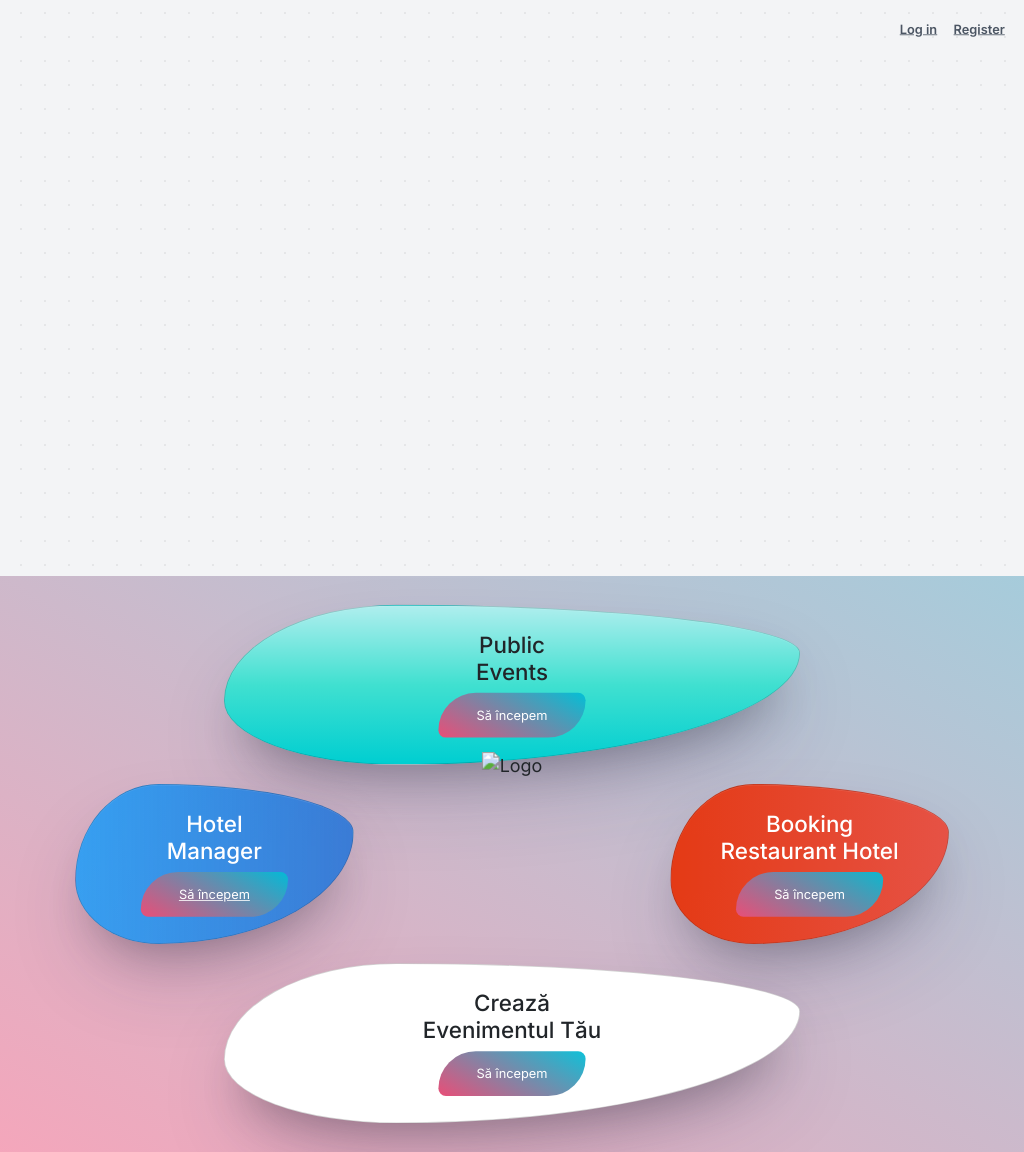
Repository: cosmin05072018/fantastic-events-manager
Page: http://localhost/
An editor plug-in stored every save of this project. The page is shown before and after the next save, followed by the edit.
The browser window is 1280 px wide. The pictures show the whole page, at 80% of full size.
The page is served by the project's Laravel application, run on PHP 8.4 with Laravel 10.

Above is the page before, as saved 2024-11-03 15:00:51.
Console error: ReferenceError: particlesJS is not defined

After the next save:
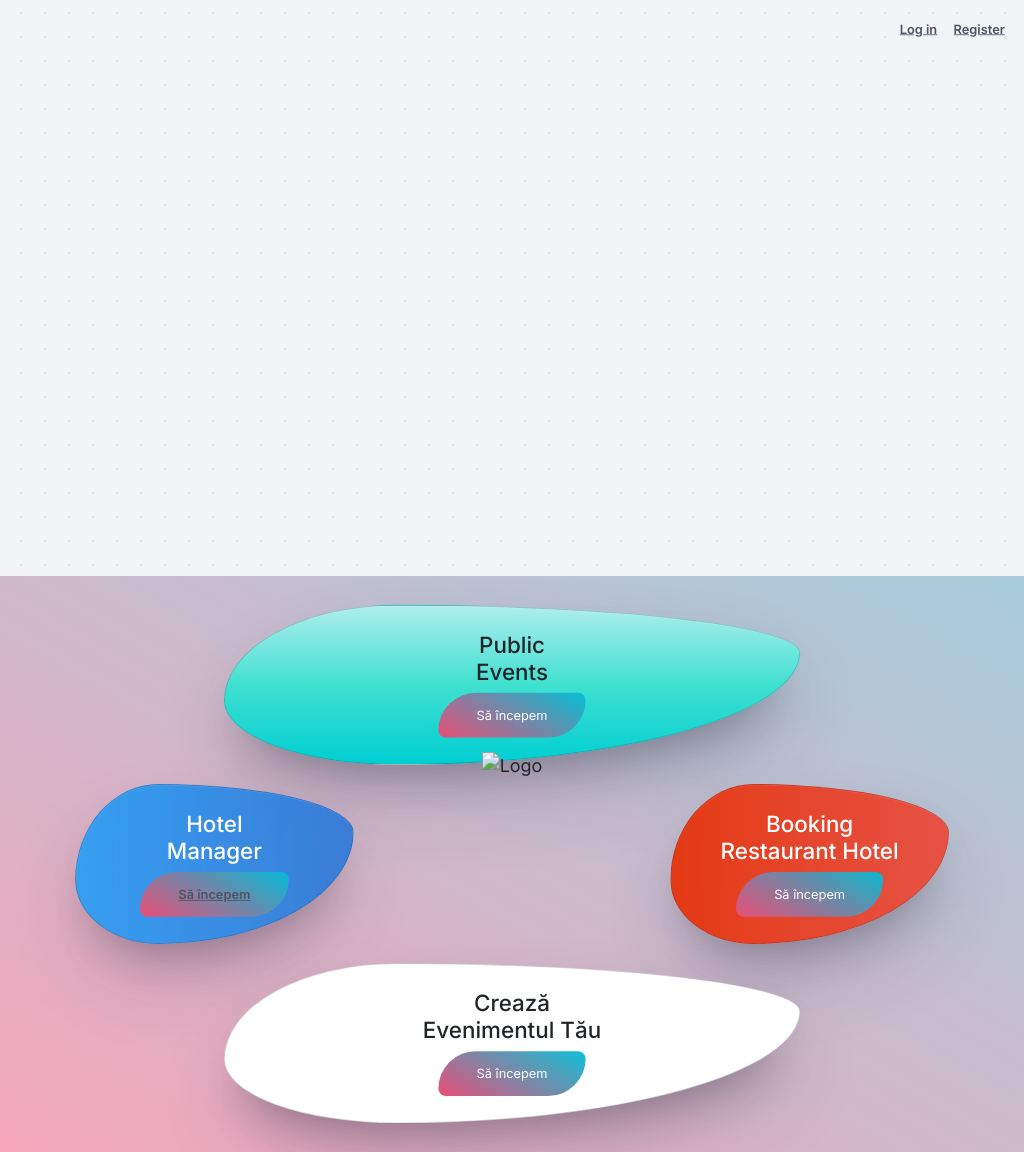
Saved 34 s later.
--- a/resources/views/startApp.blade.php
+++ b/resources/views/startApp.blade.php
@@ -884,7 +884,7 @@
                     <div class="card-body d-flex align-items-center flex-column justify-content-between">
                         <h3 class="text-center text-white">Hotel <br> Manager</h3>
                         <button type="button" class="btns-first-page py-2 py-md-3 px-3 px-md-5">
-                            <a class="text-white" href="{{ route('login') }}">Să începem</a>
+                            <a class="font-semibold text-gray-600 hover:text-gray-900 dark:text-gray-400 dark:hover:text-white focus:outline focus:outline-2 focus:rounded-sm focus:outline-red-500" href="{{ route('login') }}">Să începem</a>
                         </button>
                     </div>
                 </div>
